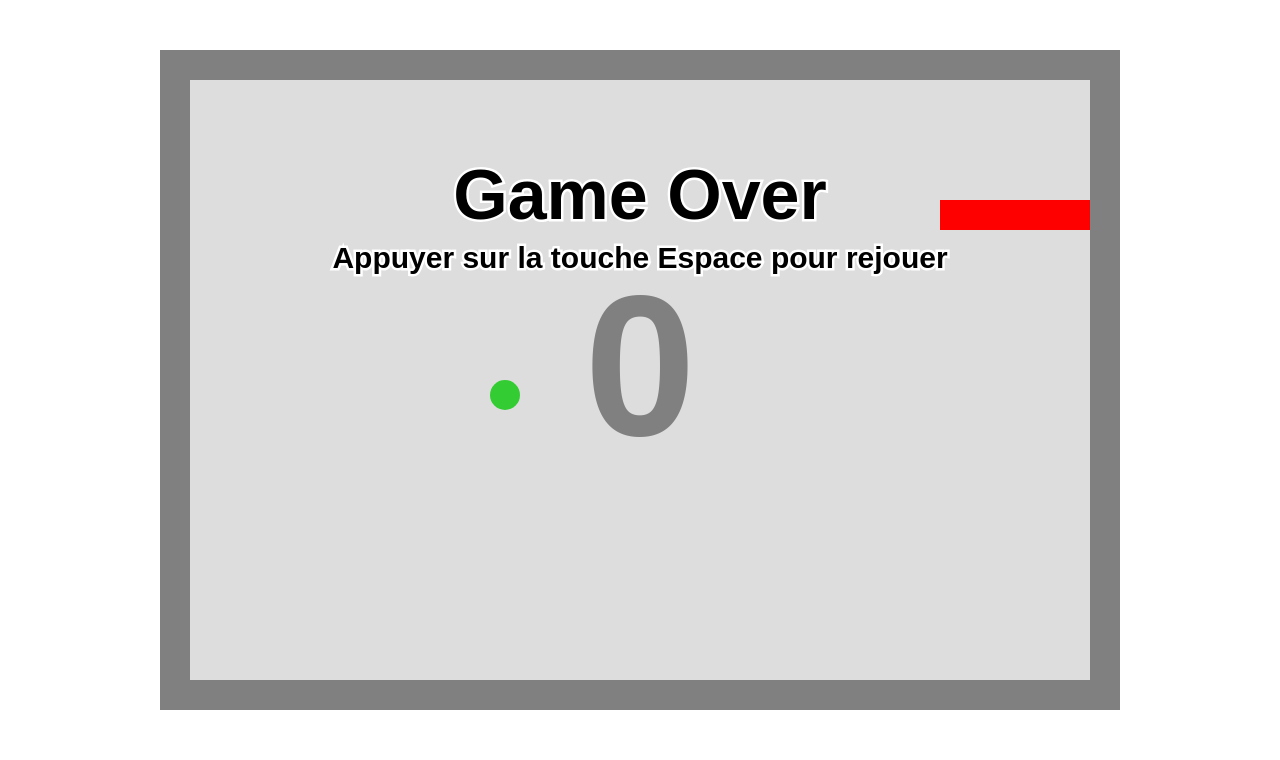
Repository: laben35/snake
Page: index.html
An editor plug-in stored every save of this project. The page is shown before and after the next save, followed by the edit.
The browser window is 1280 px wide. The pictures show the whole page.

Above is the page before, as saved 2019-12-08 19:21:42.

After the next save:
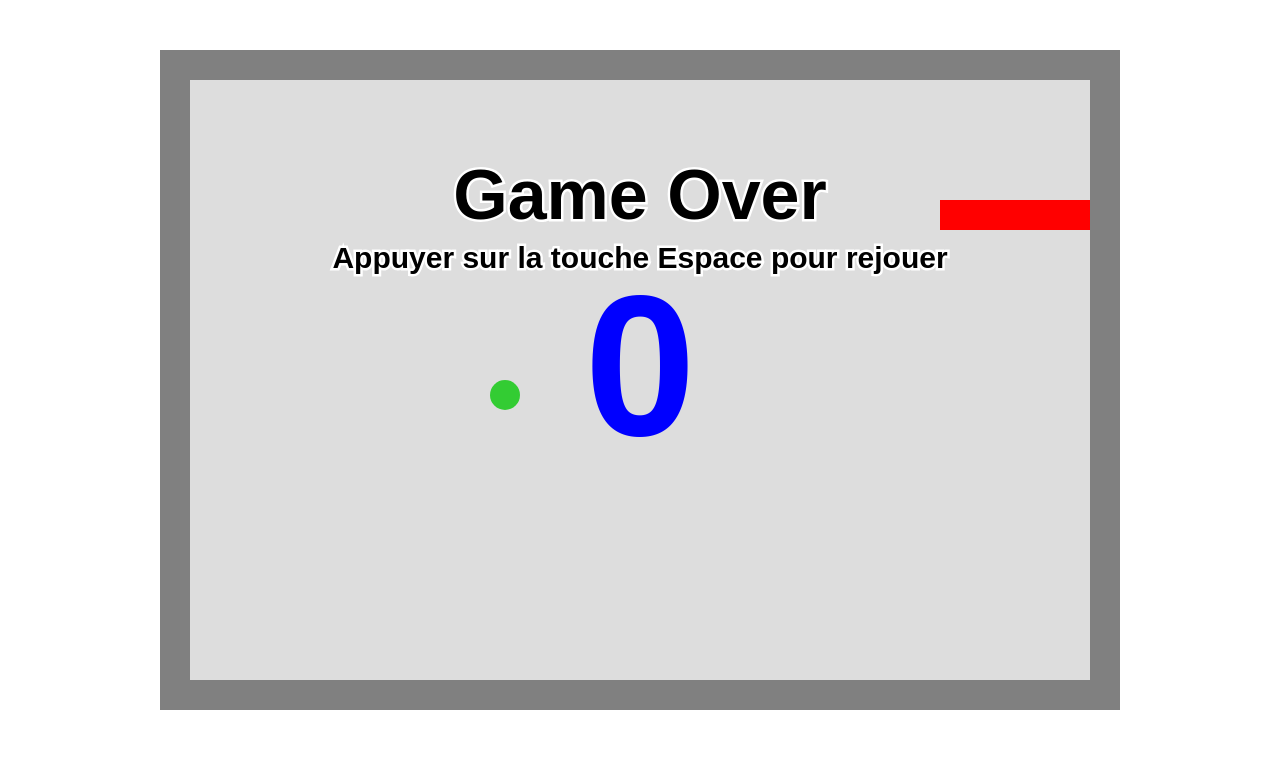
Saved 3 min 53 s later.
--- a/script.js
+++ b/script.js
@@ -90,7 +90,7 @@ window.onload = function()
     {
         ctx.save();
         ctx.font = "bold 200px sans-serif";
-        ctx.fillStyle = "gray";
+        ctx.fillStyle = "blue";
         ctx.textAlign = "center";
         ctx.textBaseline = "middle";
         var centreX = canvasWidth / 2;
